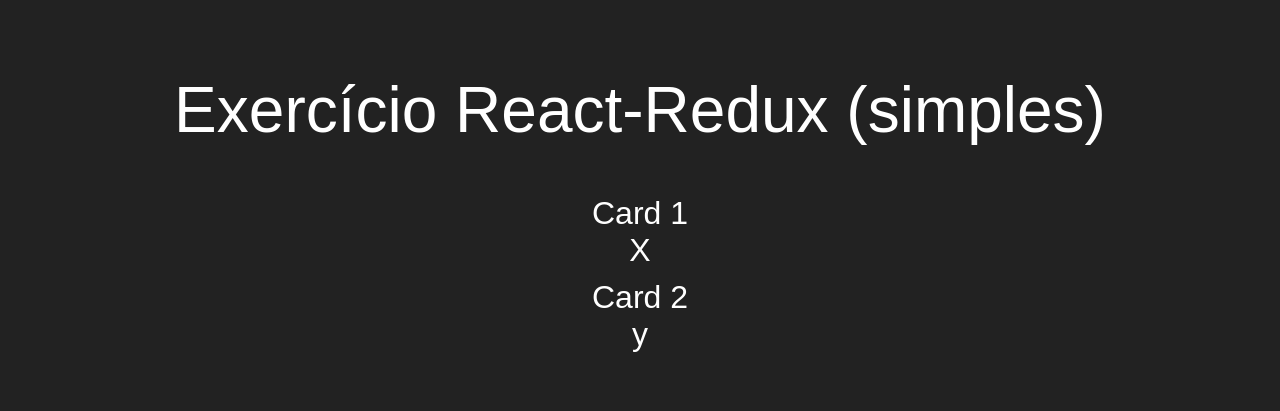
Repository: Henrique-Franca/Clear-Redux-Simples
Page: /
An editor plug-in stored every save of this project. The page is shown before and after the next save, followed by the edit.
The browser window is 1280 px wide. The pictures show the whole page.
The project was rebuilt for these pictures with package versions that can differ from the ones it lists, and the page was loaded fresh each time.

Above is the page before, as saved 2022-11-21 11:47:29.

After the next save:
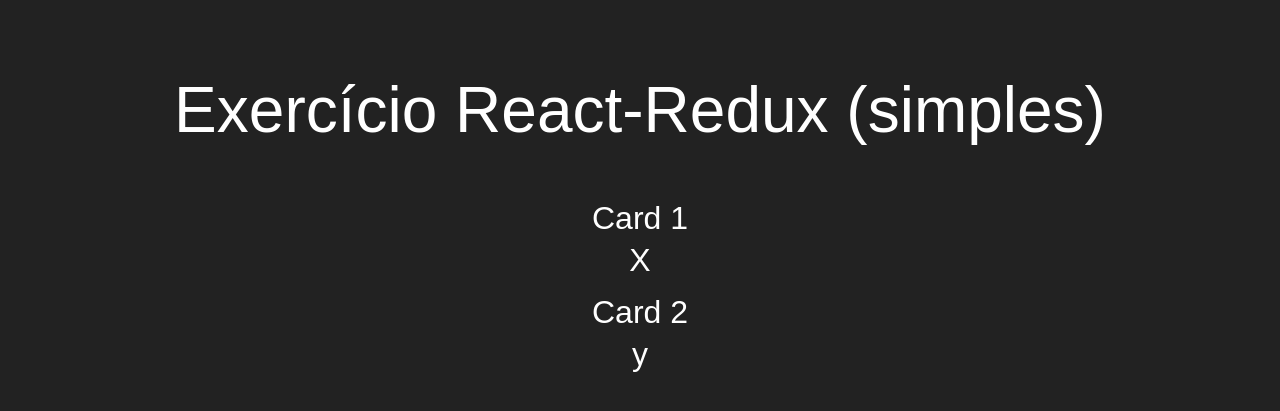
Saved 56 s later.
--- a/src/components/Card.css
+++ b/src/components/Card.css
@@ -10,3 +10,7 @@
     justify-content: center;
 
 }
+
+.Card .Header .Title{
+    padding: 5px;
+}
